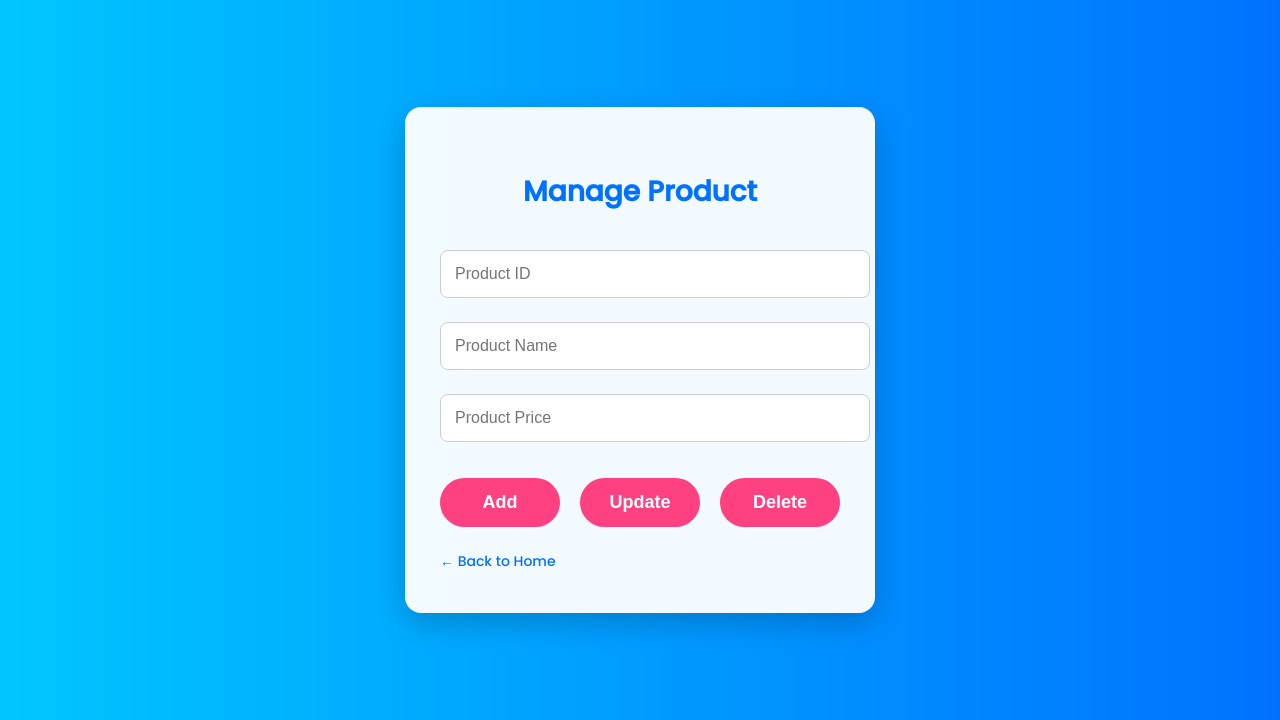
Repository: aakanksha4a/HoneySecure
Page: http://localhost/HoneySecure/amdproduct.jsp
An editor plug-in stored every save of this project. The page is shown before and after the next save, followed by the edit.
The browser window is 1280 px wide. The pictures show the whole page.
The page is served by Tomcat 10. Other server files are loaded and not shown.

Above is the page before, as saved 2025-04-23 08:21:46.

### HoneySecure/src/main/webapp/amdproduct.jsp
<%@ page language="java" contentType="text/html; charset=UTF-8" pageEncoding="UTF-8"%>
<!DOCTYPE html>
<html lang="en">
<head>
  <meta charset="UTF-8" />
  <meta name="viewport" content="width=device-width, initial-scale=1.0"/>
  <title>Manage Product</title>
  <style>
    @import url('https://fonts.googleapis.com/css2?family=Poppins:wght@500&display=swap');

    body {
      margin: 0;
      padding: 0;
      font-family: 'Poppins', sans-serif;
      background: linear-gradient(to right, #00c6ff, #0072ff);
      height: 100vh;
      display: flex;
      justify-content: center;
      align-items: center;
      animation: fadeIn 1s ease-in;
    }

    .container {
      background-color: rgba(255, 255, 255, 0.95);
      padding: 40px 35px;
      border-radius: 16px;
      box-shadow: 0 10px 30px rgba(0, 0, 0, 0.2);
      width: 400px;
      animation: slideUp 0.8s ease-out;
    }

    h2 {
      text-align: center;
      margin-bottom: 25px;
      color: #0072ff;
      font-size: 28px;
    }

    .container input[type="text"] {
      width: 100%;
      padding: 14px;
      margin: 12px 0;
      border: 1px solid #ccc;
      border-radius: 8px;
      font-size: 16px;
      transition: all 0.2s ease-in-out;
    }

    .container input[type="text"]:focus {
      outline: none;
      border-color: #0072ff;
      box-shadow: 0 0 8px rgba(0, 114, 255, 0.3);
    }

    .btn-group {
      display: flex;
      justify-content: space-between;
      margin-top: 1.5rem;
    }

    .btn-group input[type="submit"] {
      width: 30%;
      padding: 14px;
      background-color: #ff4081;
      color: white;
      border: none;
      border-radius: 30px;
      font-size: 18px;
      font-weight: bold;
      cursor: pointer;
      transition: background-color 0.3s ease, transform 0.2s ease;
    }

    .btn-group input[type="submit"]:hover {
      background-color: #f50057;
      transform: scale(1.05);
    }

    .message {
      color: lightgreen;
      font-weight: bold;
      margin-bottom: 1rem;
    }

    .back-link {
      display: inline-block;
      margin-top: 1.5rem;
      text-align: center;
      color: #0072ff;
      text-decoration: none;
      font-size: 14px;
      transition: color 0.2s ease;
    }

    .back-link:hover {
      color: #0056cc;
      text-decoration: underline;
    }

    @keyframes fadeIn {
      from { opacity: 0; }
      to { opacity: 1; }
    }

    @keyframes slideUp {
      from { transform: translateY(50px); opacity: 0; }
      to { transform: translateY(0); opacity: 1; }
    }
  </style>
</head>
<body>

  <div class="container">
    <h2>Manage Product</h2>

    <%
      String msg = (String)request.getAttribute("msg");
      if(msg != null){
    %>
        <div class="message"><%= msg %></div>
    <%
      }
    %>

    <form action="ProductServlet" method="post">
      <input type="text" name="pid" placeholder="Product ID" required />
      <input type="text" name="pname" placeholder="Product Name" />
      <input type="text" name="price" placeholder="Product Price" />

      <div class="btn-group">
        <input type="submit" value="Add" name="b1" />
        <input type="submit" value="Update" name="b1" />
        <input type="submit" value="Delete" name="b1" />
      </div>

      <a href="home.jsp" class="back-link">← Back to Home</a>
    </form>
  </div>

</body>
</html>

After the next save:
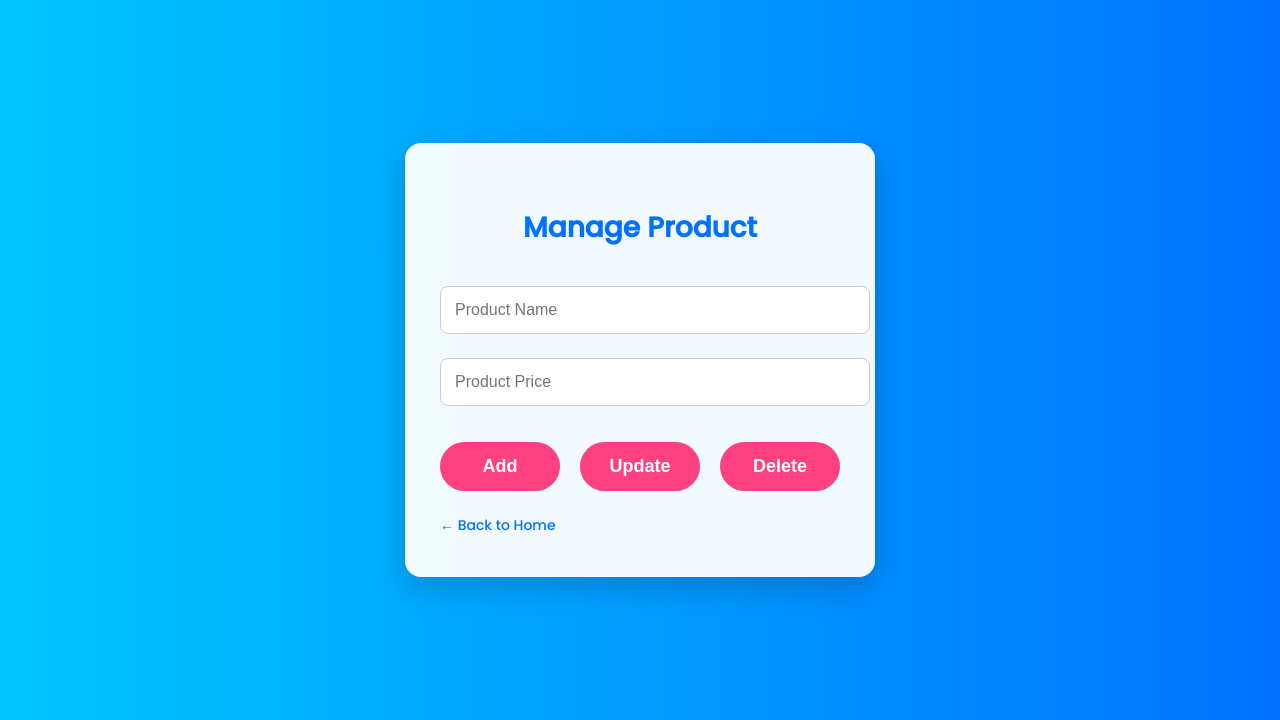
Saved 42 s later.
--- a/HoneySecure/src/main/webapp/amdproduct.jsp
+++ b/HoneySecure/src/main/webapp/amdproduct.jsp
@@ -122,7 +122,7 @@
       }
     %>
 
-    <form action="ProductServlet" method="post">
+    <form action="ProductServlet" method=">
       <input type="text" name="pid" placeholder="Product ID" required />
       <input type="text" name="pname" placeholder="Product Name" />
       <input type="text" name="price" placeholder="Product Price" />

After the save that followed:
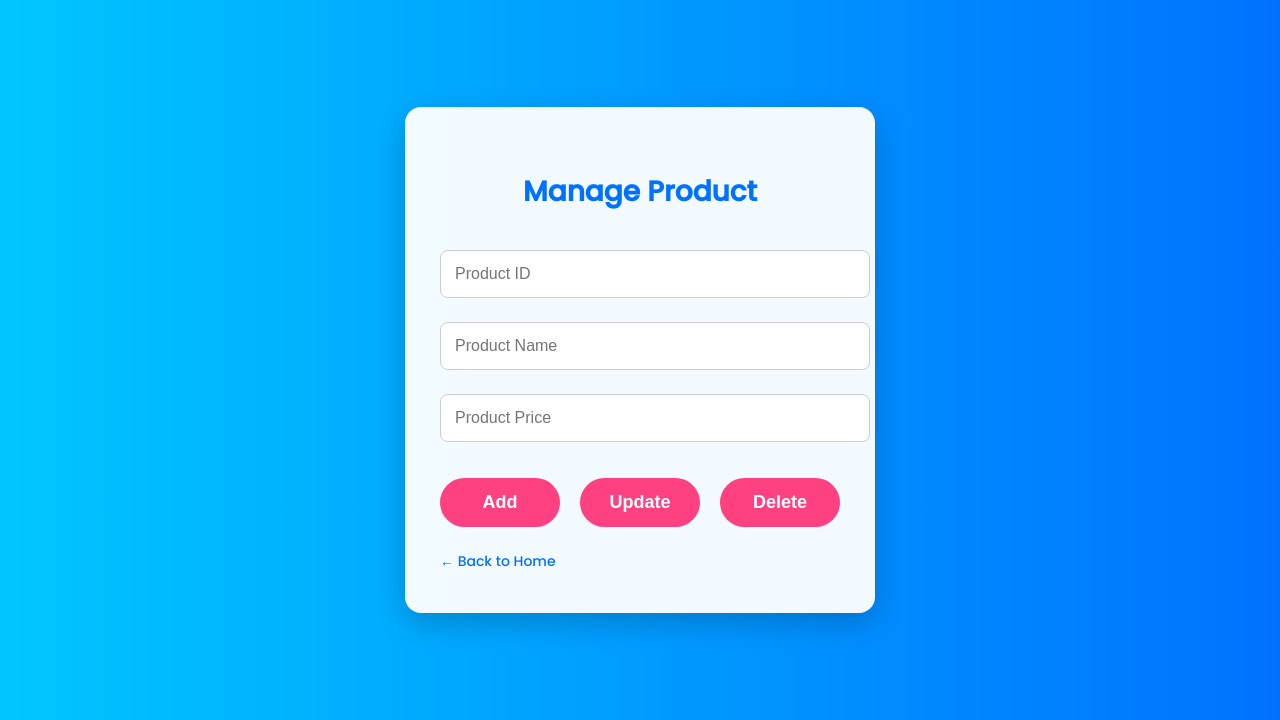
Saved 11 s later.
--- a/HoneySecure/src/main/webapp/amdproduct.jsp
+++ b/HoneySecure/src/main/webapp/amdproduct.jsp
@@ -122,7 +122,7 @@
       }
     %>
 
-    <form action="ProductServlet" method=">
+    <form action="ProductServlet" method="post">
       <input type="text" name="pid" placeholder="Product ID" required />
       <input type="text" name="pname" placeholder="Product Name" />
       <input type="text" name="price" placeholder="Product Price" />
